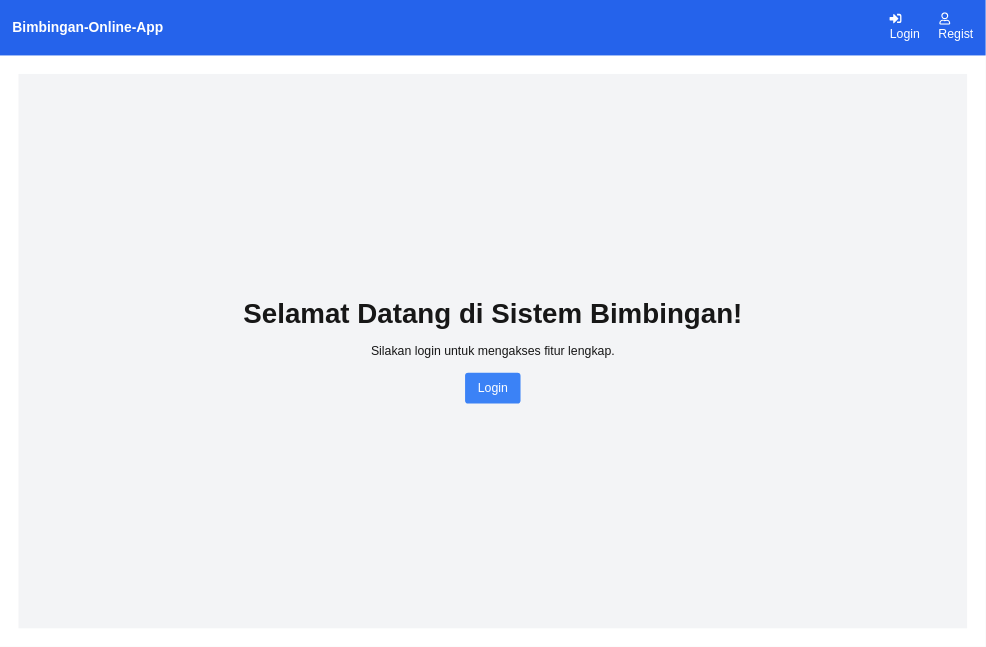
Repository: rizki220700/bimbinganku
Page: /
The author's editor kept a copy of each file at every save. The page is drawn from the files as they stood at one save, then again after a run of saves.
The browser window is 1280 px wide. The pictures show the whole page, at 77% of full size.
The page's requests for data from a server got no answer. The project was rebuilt for these pictures with package versions that can differ from the ones it lists, and the page was loaded fresh each time. The framework's server and built-in components were replaced by stand-ins that run in the browser. No one was signed in, and anything a server would have sent is missing. Also part of the build but not shown: next.config.ts.

Above is the page before, as saved 2025-03-12 15:09:13.

After the next 5 saves:
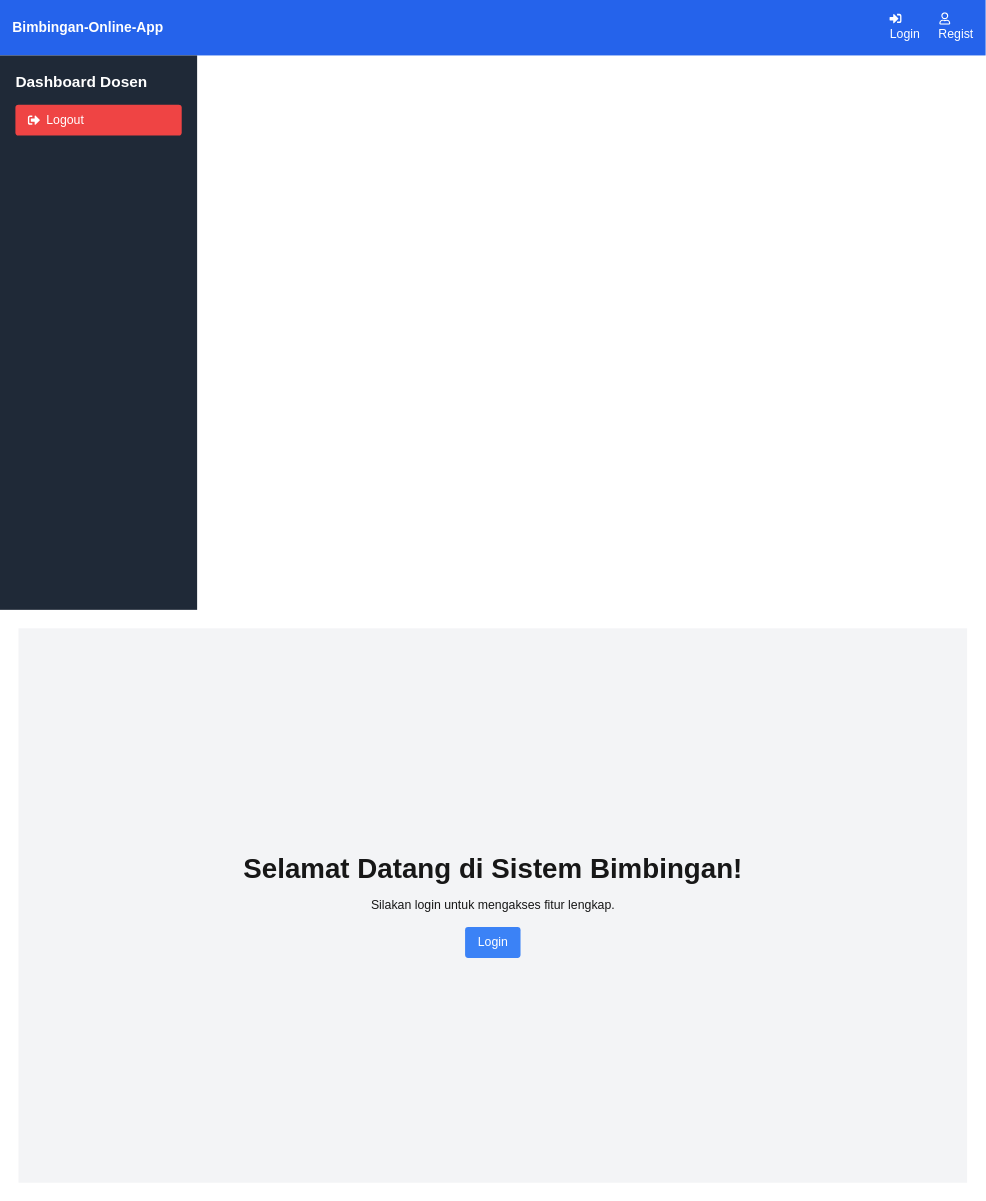
The 5 saves are shown as one change because 1 did not build or start and some came seconds apart.
The last was saved 41 s later.
--- a/src/app/layout.tsx
+++ b/src/app/layout.tsx
@@ -20,7 +20,7 @@ export default function RootLayout({ children }: LayoutProps) {
         <html lang="en">
             <body>
                 <Header />
-
+                <SidebarDosen />
                 <main className="p-6">{children}</main>
             </body>
         </html>
